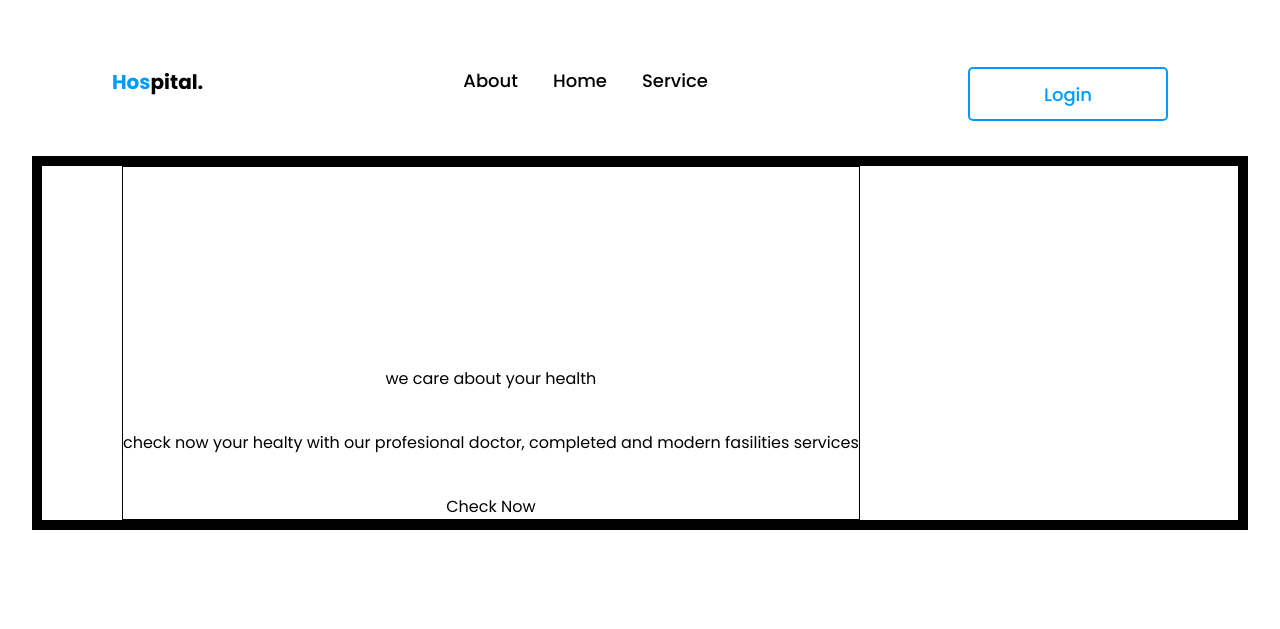
Repository: Chadi2000/hospital-app
Page: /
The author's editor kept a copy of each file at every save. The page is drawn from the files as they stood at one save, then again after the next save.
The browser window is 1280 px wide. The pictures show the whole page.
The project was rebuilt for these pictures with package versions that can differ from the ones it lists, and the page was loaded fresh each time. Also part of the build but not shown: vite.config.js.

Above is the page before, as saved 2024-08-03 17:51:42.

After the next save:
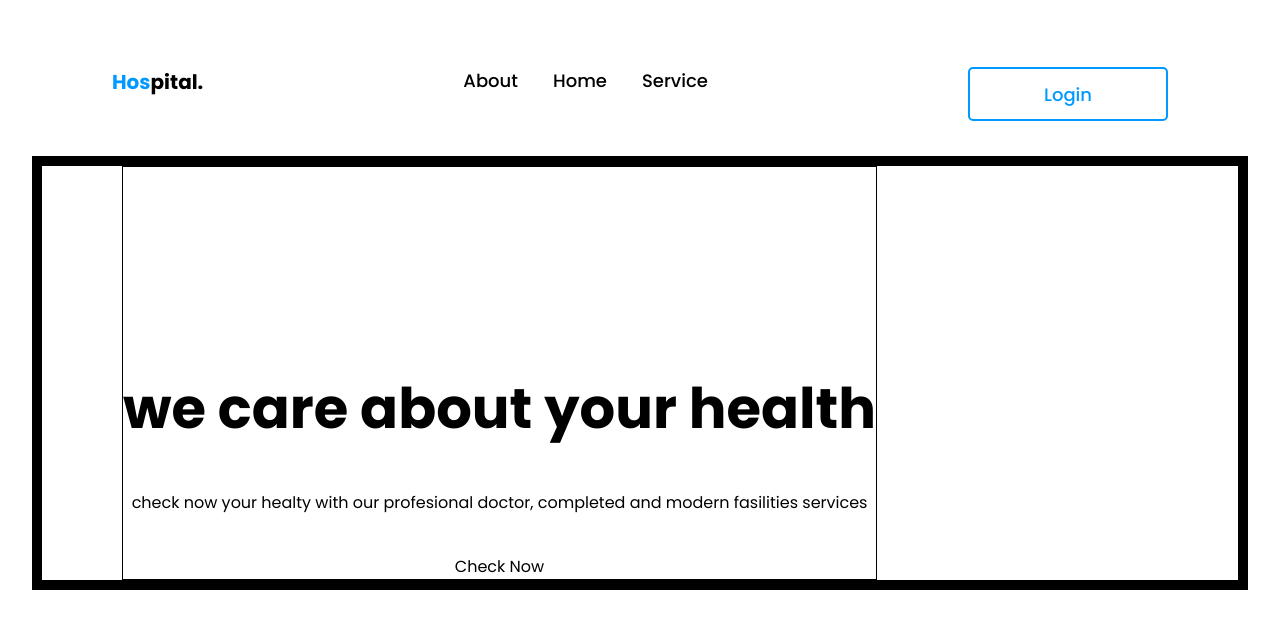
Saved 118 s later.
--- a/src/components/Header.jsx
+++ b/src/components/Header.jsx
@@ -5,7 +5,7 @@ const Header = () => {
     <div className='flex px-[80px] border-[10px]'>
 
       <div className='flex flex-col justify-start gap-10 border-[1px] pt-[200px]'>
-        <h1 >we care about your health</h1>
+        <h1 className='text-[56px] font-bold leading-[61pxpx]'>we care about your health</h1>
         <p>check now your healty with our profesional doctor, completed and modern fasilities services</p>
         <div>Check Now</div>
       </div>
